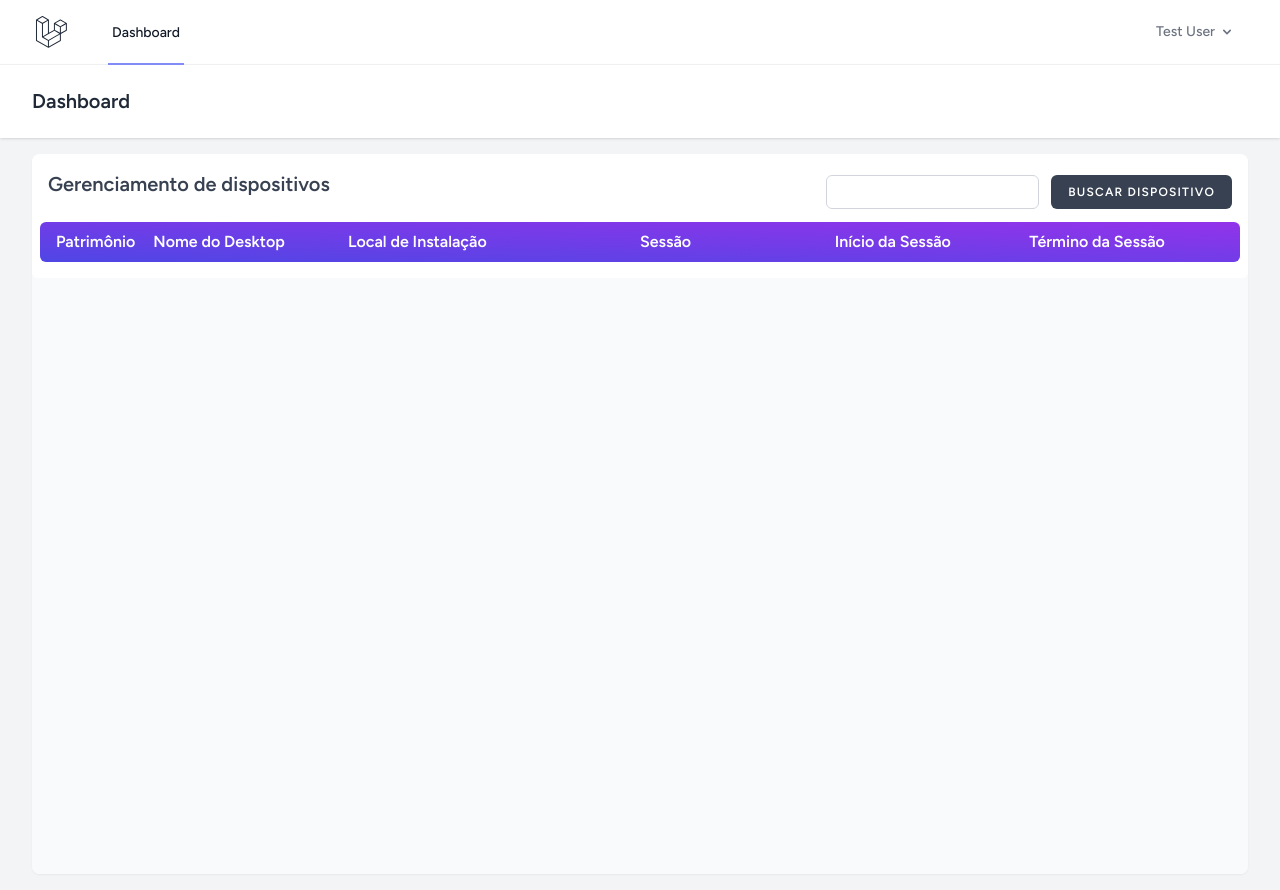
Repository: CrisMorgantee/device-logs
Page: http://localhost/dashboard
An editor plug-in stored every save of this project. The page is shown before and after the next save, followed by the edit.
The browser window is 1280 px wide. The pictures show the whole page.
The page is served by the project's Laravel application, run on PHP 8.4 with Laravel 10. A made-up administrator, Test User (test@example.com), is signed in. Style sheets and scripts are compiled from the project's sources, by tool versions that may differ from the author's. Queries for data that is not in the repository find no rows.

Above is the page before, as saved 2023-04-14 23:41:31.

After the next save:
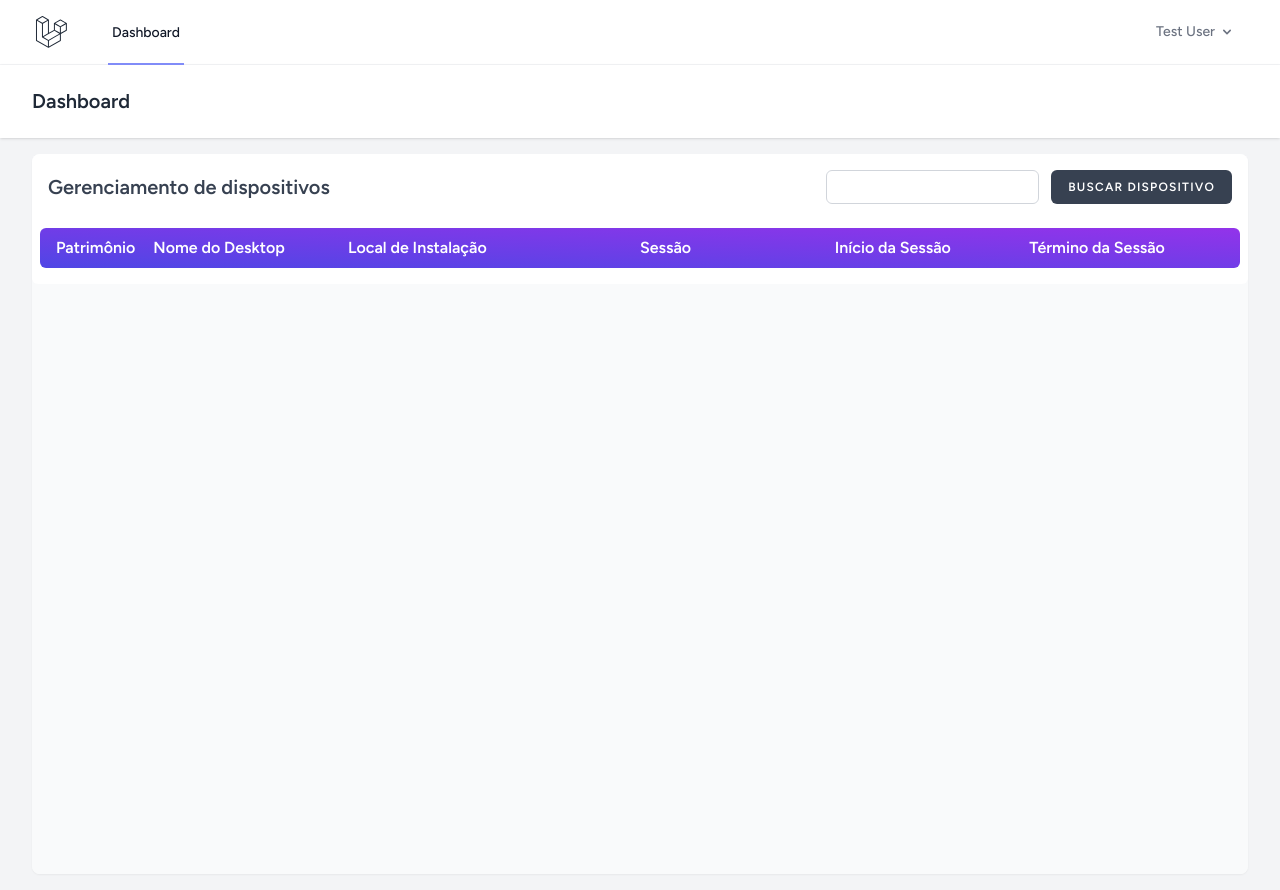
Saved 21 s later.
--- a/resources/views/dashboard.blade.php
+++ b/resources/views/dashboard.blade.php
@@ -10,8 +10,8 @@
       <div class="overflow-hidden bg-white shadow-sm sm:rounded-lg">
         <div class="min-h-screen bg-gray-50">
           <div class="rounded-md bg-white p-2">
-            <div class="flex items-center justify-between p-2">
-              <h2 class="mb-4 text-xl font-bold text-gray-700">Gerenciamento de dispositivos</h2>
+            <div class="mb-4 flex items-center justify-between p-2">
+              <h2 class="text-xl font-bold text-gray-700">Gerenciamento de dispositivos</h2>
 
               <div class="flex items-center justify-between">
                 <input type="text" class="rounded-md border-gray-300 py-1 px-4" />
